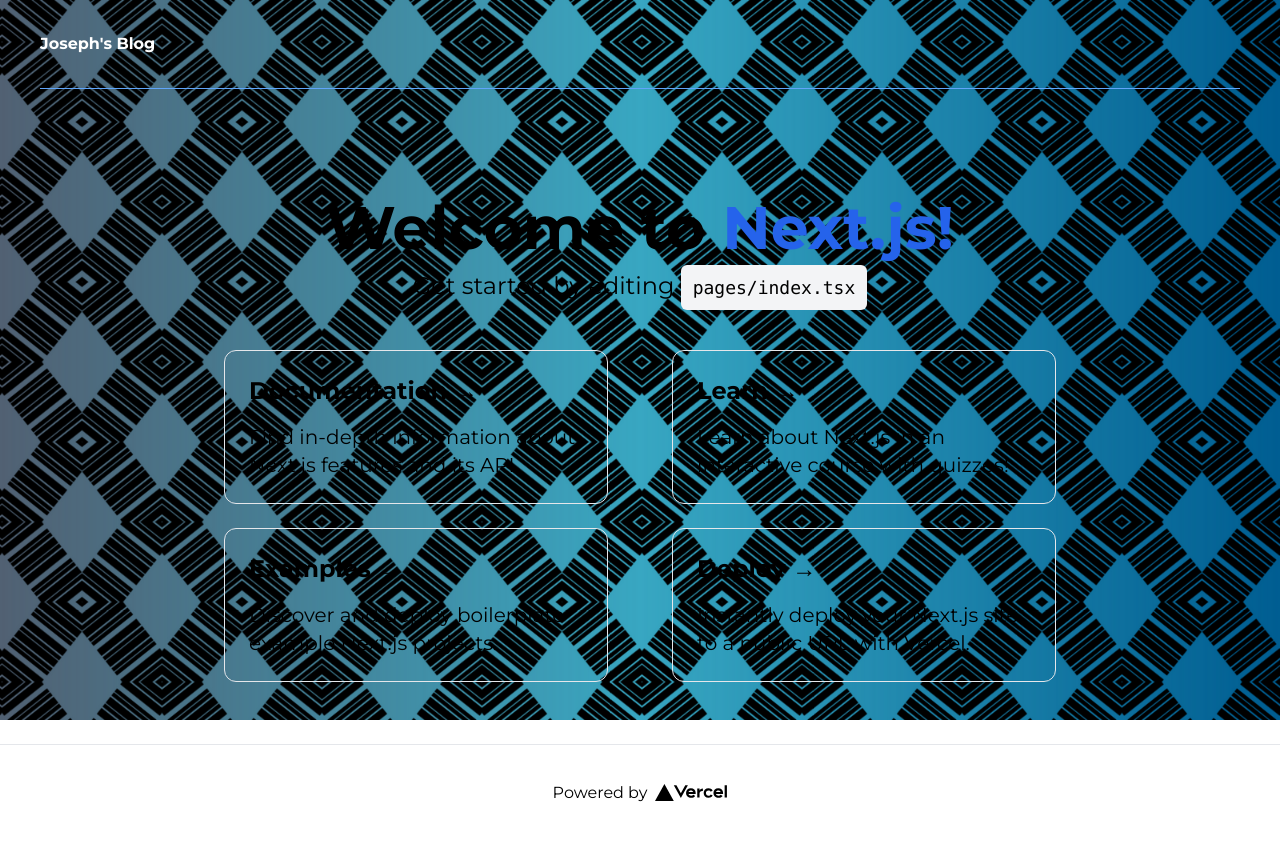
Repository: Josephdiaz99/NextBlogWithGraphCMS
Page: /
An editor plug-in stored every save of this project. The page is shown before and after the next save, followed by the edit.
The browser window is 1280 px wide. The pictures show the whole page.
The page's requests for data from a server got no answer. The project was rebuilt for these pictures with package versions that can differ from the ones it lists, and the page was loaded fresh each time. The framework's server and built-in components were replaced by stand-ins that run in the browser. No one was signed in, and anything a server would have sent is missing. Also part of the build but not shown: next.config.js, components/PostCard.jsx, components/Categories.jsx, components/PostWidget.jsx, components/Comments.jsx, components/CommentsForm.jsx, components/Author.jsx, components/PostDetail.jsx and 2 more.

Above is the page before, as saved 2022-07-04 10:25:36.

After the next save:
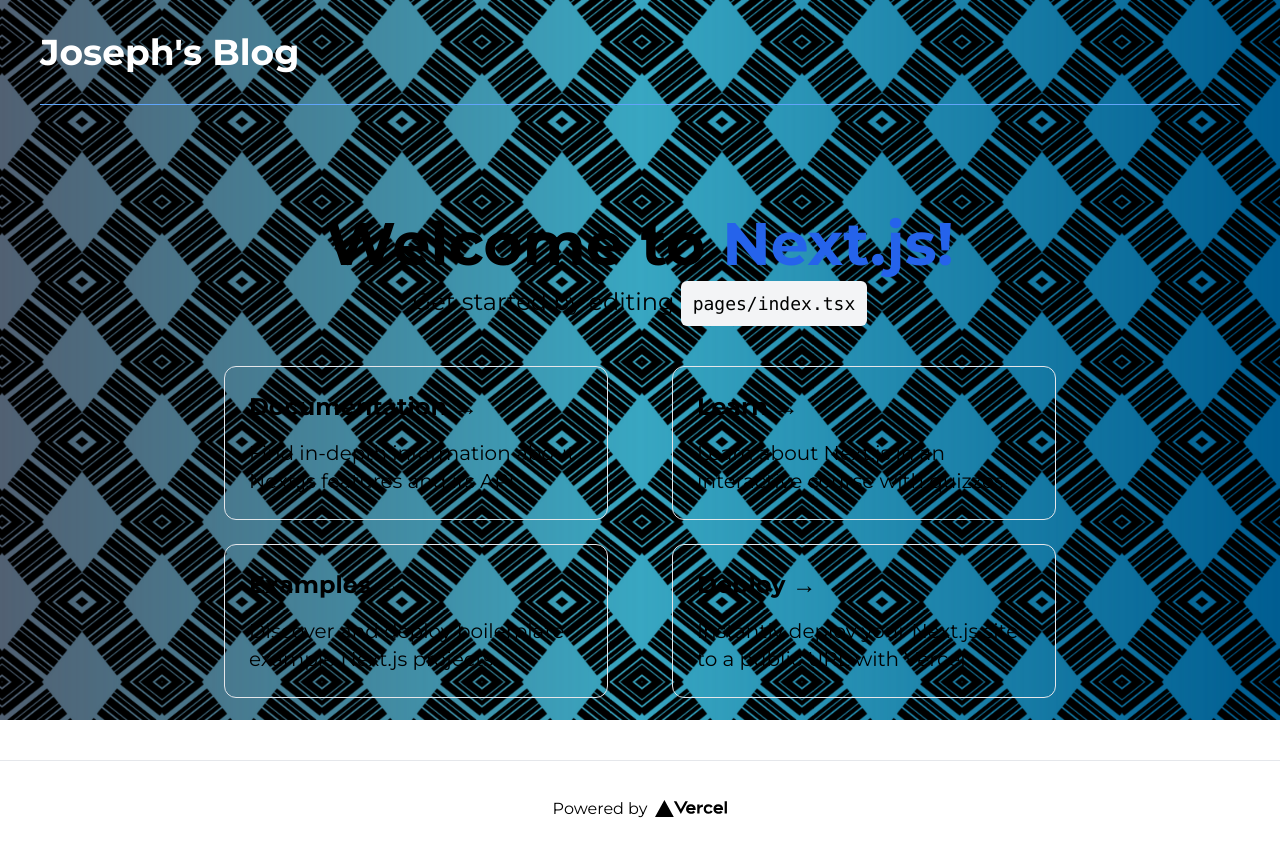
Saved 30 s later.
--- a/components/Header.jsx
+++ b/components/Header.jsx
@@ -18,7 +18,7 @@
         <div className='border-b w-full inline-block border-blue-400 py-8' >
             <div className='md:float-left block' >
                 <Link href='/' >
-                    <span className='cursor-pointer font-bold text-white ' >
+                    <span className='cursor-pointer font-bold text-white text-4xl ' >
                         Joseph's Blog
                     </span>
                 </Link>
